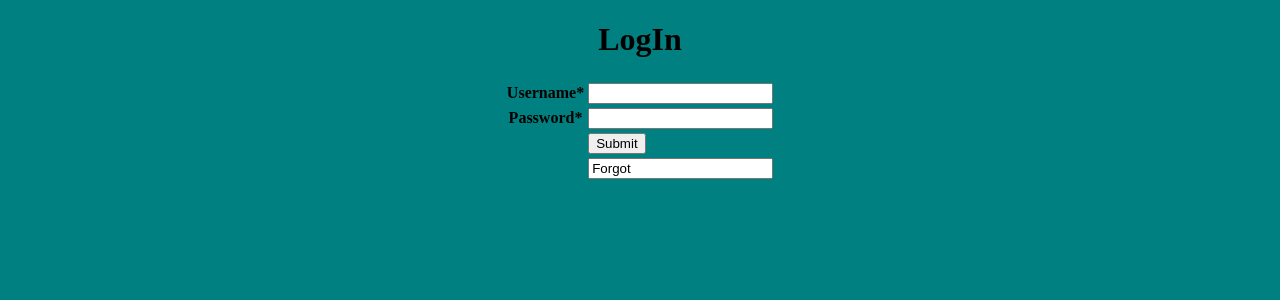
Repository: raviraj226/AdvanceJava
Page: http://localhost/Ravi_Maven/LoginWeb.jsp
An editor plug-in stored every save of this project. The page is shown before and after the next save, followed by the edit.
The browser window is 1280 px wide. The pictures show the whole page.
The page is served by Tomcat 9. Other server files are loaded and not shown.

Above is the page before, as saved 2022-03-15 10:42:19.

### Advance Java/Ravi_Maven/src/main/webapp/LoginWeb.jsp
<%@ page language="java" contentType="text/html; charset=ISO-8859-1"
    pageEncoding="ISO-8859-1"%>
<!DOCTYPE html>
<html>
<head>
<meta charset="ISO-8859-1">
<title>Insert title here</title>
</head>
<body bgcolor="teal">
	<form action="LoginCtl" method="post">
		<table align="center">
		<h1 align="center">LogIn</h1>
		<%
		String error = (String)request.getAttribute("error");
		if(error != null){
		%>
		<center><font color="maroon"><%=error %></font></center>
		<%
		}
		%>

			<tr>
				<th>Username*</th>
				<td><input type="text" name="user"></td>
			</tr>
			<th>Password*</th>
			<td><input type="password" name="pwd"></td>
			</tr>
			<tr>
				<th></th>
				<td><input type="Submit" name="op" value="Submit"></input></td>
			</tr>
			<tr>
			<th></th>
			<td><input value=Forgot Password> </td>
			</tr>
		</table>
	</form>
</body>
</html>

After the next save:
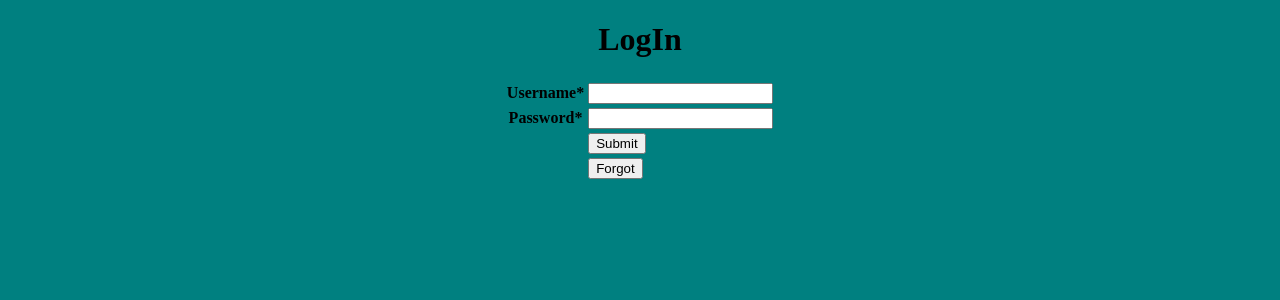
Saved 27 s later.
--- a/Advance Java/Ravi_Maven/src/main/webapp/LoginWeb.jsp
+++ b/Advance Java/Ravi_Maven/src/main/webapp/LoginWeb.jsp
@@ -32,7 +32,7 @@
 			</tr>
 			<tr>
 			<th></th>
-			<td><input value=Forgot Password> </td>
+			<td><input type="submit" value=Forgot Password> </td>
 			</tr>
 		</table>
 	</form>
